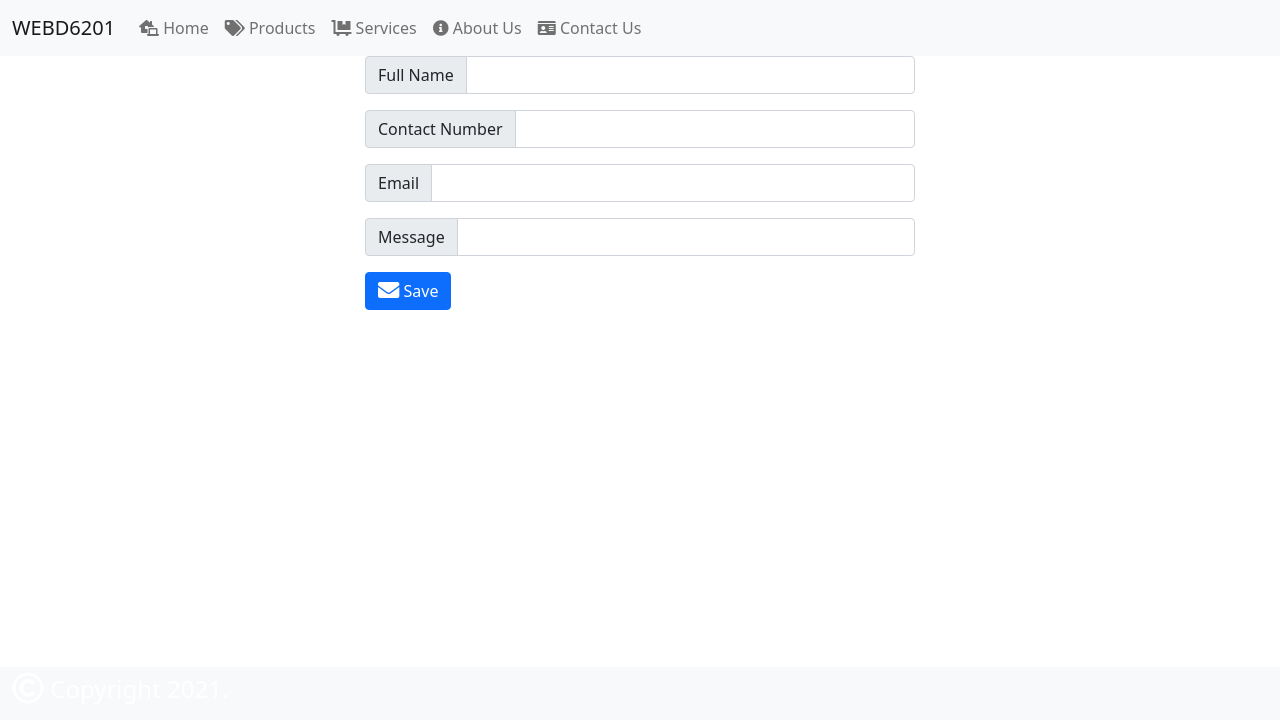
Repository: MuzhdaEhsan/WEBD6201-W2021-Lab1
Page: user.html
The author's editor kept a copy of each file at every save. The page is drawn from the files as they stood at one save, then again after the next save.
The browser window is 1280 px wide. The pictures show the whole page.

Above is the page before, as saved 2021-02-06 18:51:44.

After the next save:
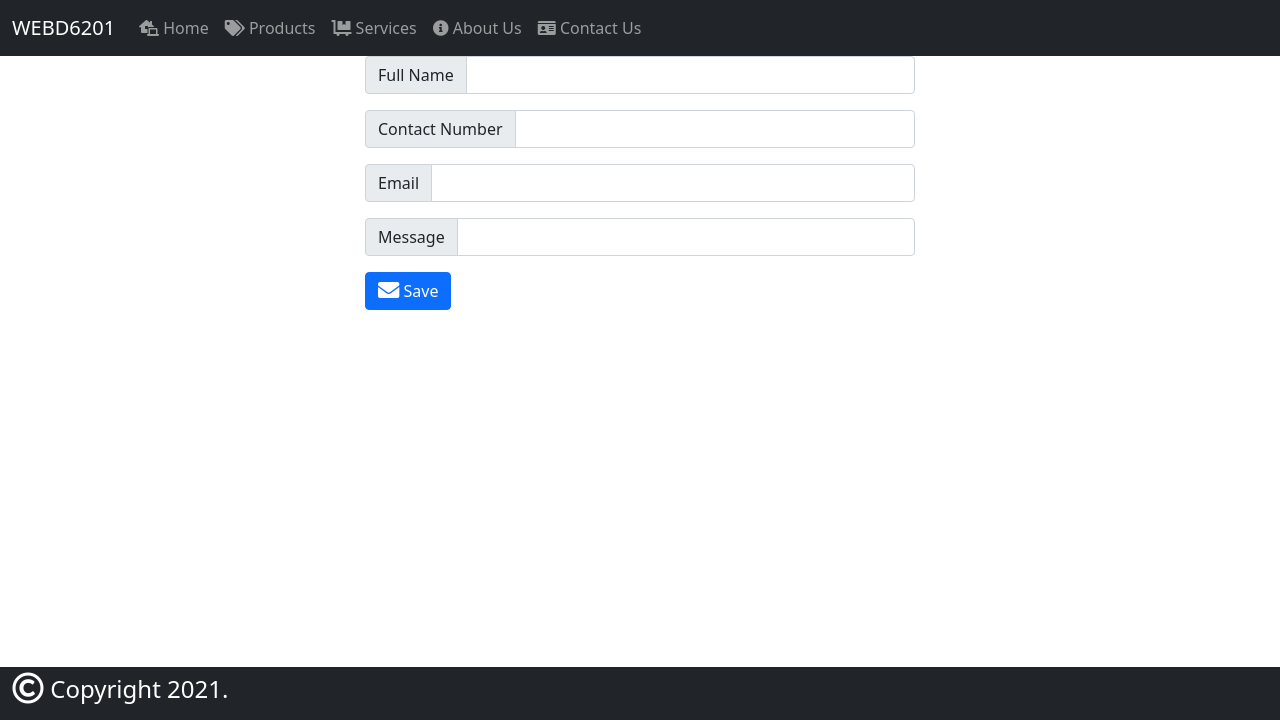
Saved 55 s later.
--- a/user.html
+++ b/user.html
@@ -13,7 +13,7 @@
     <!-- Main Header -->
     <header>
         <!-- Main Navigation -->
-        <nav class="navbar navbar-expand-lg navbar-light bg-light">
+        <nav class="navbar navbar-expand-lg navbar-dark bg-dark">
             <div class="container-fluid">
               <a class="navbar-brand" href="index.html">WEBD6201</a>
               <button class="navbar-toggler" type="button" data-bs-toggle="collapse" data-bs-target="#navbarSupportedContent" aria-controls="navbarSupportedContent" aria-expanded="false" aria-label="Toggle navigation">
@@ -90,7 +90,7 @@
 
     <!-- Main Footer -->
     <footer>
-        <nav class="navbar fixed-bottom navbar-light bg-light">
+        <nav class="navbar fixed-bottom navbar-dark bg-dark">
             <div class="container-fluid">
               <h4><i class="far fa-copyright fa-lg"></i> Copyright 2021.</h4>
             </div>
